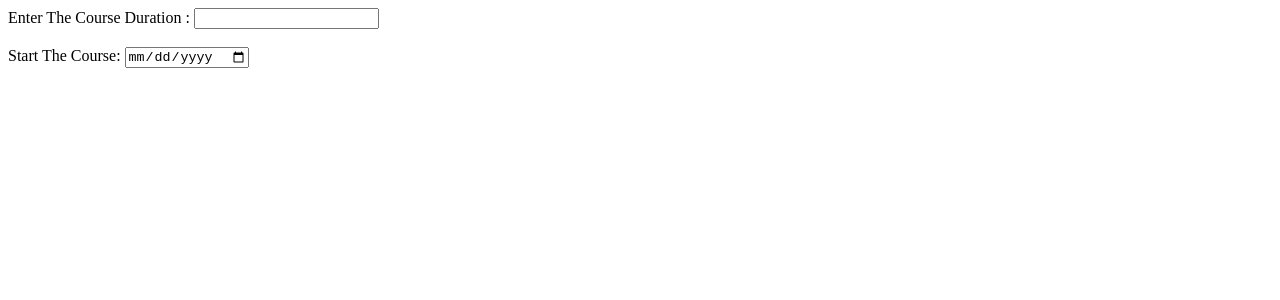
Repository: Gauravsh20/CollegeProject
Page: http://localhost/Clg_project/Add_Courses.jsp
An editor plug-in stored every save of this project. The page is shown before and after the next save, followed by the edit.
The browser window is 1280 px wide. The pictures show the whole page.
The page is served by Tomcat 9. Other server files are loaded and not shown.

Above is the page before, as saved 2022-10-25 04:59:38.

### Clg_project/src/main/webapp/Add_Courses.jsp
<%@ page language="java" contentType="text/html; charset=ISO-8859-1"
    pageEncoding="ISO-8859-1"%>
<!DOCTYPE html>
<html>
<head>
	<meta name="viewport" content="width=device-width, initial-scale=1">
	<meta charset="ISO-8859-1">
<title>Insert title here</title>
</head>
<body>
Enter The Course Duration :
<input type="number" name="courseno"/><br/><br/>
Start The Course:
<input type="Date" name="startDate"/><br/><br/>
</body>
</html>

After the next save:
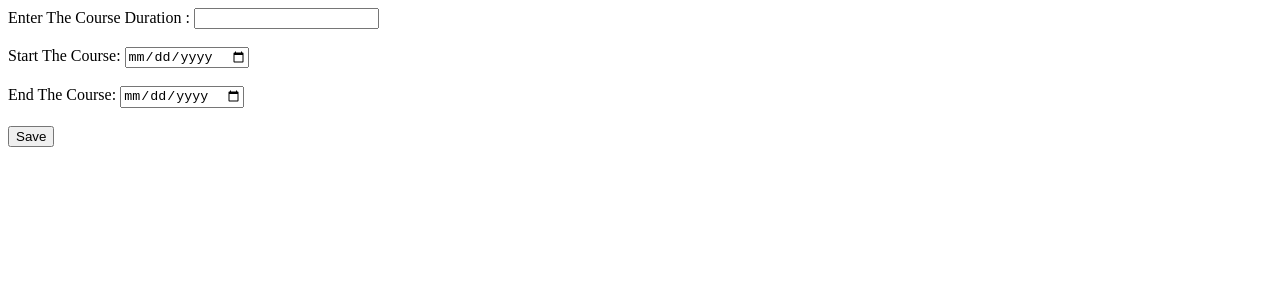
Saved 77 s later.
--- a/Clg_project/src/main/webapp/Add_Courses.jsp
+++ b/Clg_project/src/main/webapp/Add_Courses.jsp
@@ -12,5 +12,9 @@ Enter The Course Duration :
 <input type="number" name="courseno"/><br/><br/>
 Start The Course:
 <input type="Date" name="startDate"/><br/><br/>
+End The Course:
+<input type="Date" name="endDate"/><br/><br/>
+<input type="Submit" value="Save"/><br/><br/>
+
 </body>
 </html>
